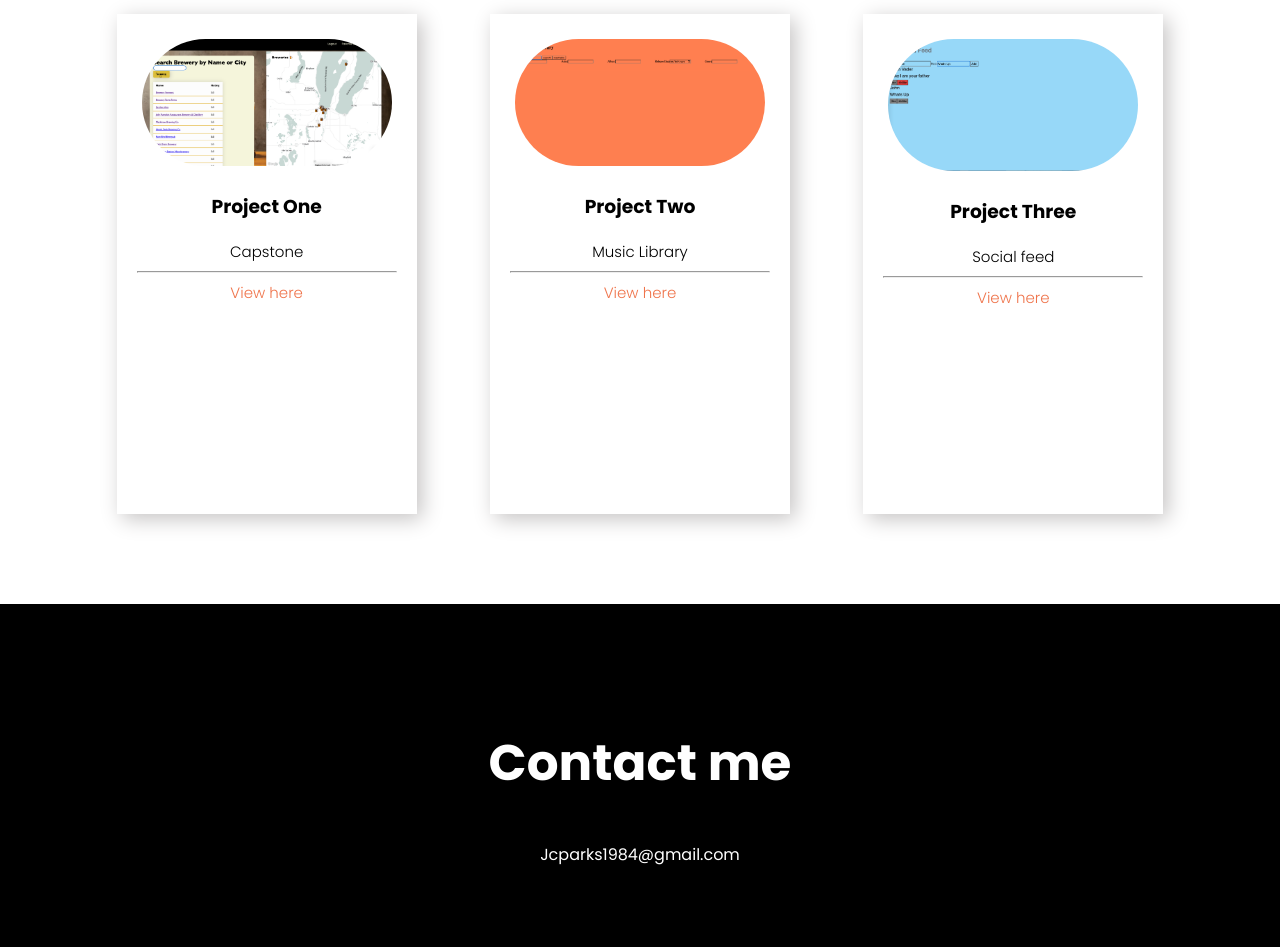
Repository: Jcparks84/Portfolio
Page: index.html
These files come from the project's save history. The page is drawn as it stood at one moment and after the next save; the edit follows.
The browser window is 1280 px wide. The pictures show the part of the page from y = 1452 to 2404 px (the page is 2399 px tall before and 2404 px after).
A picture or video elsewhere on the page could not be fetched, so the positions and the page height are approximate. Some web libraries are served in a nearby version.

Above is the page before, as saved 2022-08-10 17:20:23.

### index.html
<!DOCTYPE html>
<html>
  <head>
    <link rel="stylesheet" href="src/styles.css" />
    <link rel="preconnect" href="https://fonts.gstatic.com">
    <link rel="preconnect" href="https://fonts.gstatic.com">
    <link href="https://fonts.googleapis.com/css2?family=Poppins:wght@300;400;600;700;800&display=swap" rel="stylesheet">
    <script src="https://kit.fontawesome.com/761e4c8e5c.js" crossorigin="anonymous"></script>
    <title>Portfolio</title>
    <meta charset="UTF-8" />
  </head>
  <body>
      <section class="hero">
          <nav>
            <img class="logo" src="src/images/coding-png-11.png" alt="John's Logo"/>
            <ul id="nav-list">
                  <li><a href="#about-me">About me</a></li>
                  <li><a href="#projects">Projects</a></li>
                  <li><a href="#contact-me">Contact</a></li>
              </ul>
              <button class="hamburger" id="hamburger">
                  <i class="fas fa-bars"></i>
              </button>
          </nav>
          <div class="hero-area">
            <div class="hero-text">
                <h1>John Parks</h1>
                <p>Full Stack Developer</p>
                <div class="button"><a href="#about-me">About me</a></div>
            </div>
            <div class="socials">
                <!-- lnkedin -->
                <a href="https://www.linkedin.com/in/jcparks84/" class="social">
                    <svg xmlns="http://www.w3.org/2000/svg" fill="#ffffff" width="50" height="50" viewBox="0 0 24 24"><path d="M19 0h-14c-2.761 0-5 2.239-5 5v14c0 2.761 2.239 5 5 5h14c2.762 0 5-2.239 5-5v-14c0-2.761-2.238-5-5-5zm-11 19h-3v-11h3v11zm-1.5-12.268c-.966 0-1.75-.79-1.75-1.764s.784-1.764 1.75-1.764 1.75.79 1.75 1.764-.783 1.764-1.75 1.764zm13.5 12.268h-3v-5.604c0-3.368-4-3.113-4 0v5.604h-3v-11h3v1.765c1.396-2.586 7-2.777 7 2.476v6.759z"/></svg>
                </a>
                <!-- Github -->
                <a href="https://github.com/Jcparks84" class="social">
                    <svg xmlns="http://www.w3.org/2000/svg" fill="#ffffff" width="50" height="50" viewBox="0 0 24 24"><path d="M12 0c-6.626 0-12 5.373-12 12 0 5.302 3.438 9.8 8.207 11.387.599.111.793-.261.793-.577v-2.234c-3.338.726-4.033-1.416-4.033-1.416-.546-1.387-1.333-1.756-1.333-1.756-1.089-.745.083-.729.083-.729 1.205.084 1.839 1.237 1.839 1.237 1.07 1.834 2.807 1.304 3.492.997.107-.775.418-1.305.762-1.604-2.665-.305-5.467-1.334-5.467-5.931 0-1.311.469-2.381 1.236-3.221-.124-.303-.535-1.524.117-3.176 0 0 1.008-.322 3.301 1.23.957-.266 1.983-.399 3.003-.404 1.02.005 2.047.138 3.006.404 2.291-1.552 3.297-1.23 3.297-1.23.653 1.653.242 2.874.118 3.176.77.84 1.235 1.911 1.235 3.221 0 4.609-2.807 5.624-5.479 5.921.43.372.823 1.102.823 2.222v3.293c0 .319.192.694.801.576 4.765-1.589 8.199-6.086 8.199-11.386 0-6.627-5.373-12-12-12z"/></svg>
                </a>
            </div>
            </div>
          </div>
      </section>
      <section class="sub-section" id="about-me">
          <div class="information">
              <h2>About Me</h2>
              <p>Hello my name is John Parks.  I am a Marine Corp veteran and recent graduate of devCodeCamp.
                I have discovered that I have passion for coding and I am excited to continue this journey!</p>
          </div>
          <div class="headshot-container">
            <img class="headshot" src="/Users/johnparks/Desktop/Screenshot at Jun 02 09-36-04.png" alt="John Parks headshot">
        </div>
      </section>
      <section class="sub-section-alternative" id="projects">
          <h2>Projects</h2>
          <div class="project-container">
              <div class="project-card">
                  <img class="project-image" src="/Users/johnparks/Desktop/random code/Portfolio/src/images/Capstone copy.png" alt="Project One Image"/>
                  <h3>Project One</h3>
                  <p class="subtext">Capstone</p>
                  <hr/>
                  <p class="subtext"><a class="project-link" href="https://github.com/Jcparks84/Capstone">View here</a></p>
              </div>
              <div class="project-card">
                <img class="project-image" src="/Users/johnparks/Desktop/random code/Portfolio/src/images/music_library.png" alt="Project One Image"/>
                <h3>Project Two</h3>
                <p class="subtext">Music Library</p>
                <hr/>
                <p class="subtext"><a class="project-link" href="https://github.com/Jcparks84/music_library">View here</a></p>
              </div>
              <div class="project-card">
                <img class="project-image" src="/Users/johnparks/Desktop/random code/Portfolio/src/images/social_feed.png" alt="Project One Image"/>
                <h3>Project Three</h3>
                <p class="subtext">Social feed</p>
                <hr/>
                <p class="subtext"><a class="project-link" href="https://github.com/Jcparks84/social_feed">View here</a></p>
              </div>
          </div>
      </section>
      <footer id="contact-me">
          <h2>Contact me</h2>
          <a class="mail" href = "mailto: abc@example.com">Jcparks1984@gmail.com</a>
            </footer>
    <script src="src/app.js"></script>
  </body>
</html>

### src/styles.css
body {
    font-family: 'Poppins', sans-serif;
    margin: 0;
}

section {
    background-color: white;
}

.hero {
    background-color: #1c1d25;
    height: 100vh;
    color: white;
    font-size: 40px;
}

footer {
    background-color: black;
    color: white;
    text-align: center;
    padding: 80px;
}

nav {
    display: flex;
    justify-content: space-between;
}

ul {
    display: flex;
    list-style-type: none;
    width: 500px;
    justify-content: space-around;
    font-size: 30px;
}

li {
    text-decoration: none;
}

h1 {
    font-size: 90px;
    margin: 0;
}

h2 {
    font-size: 50px;
}

p {
    margin: 0;
    font-size: 30px;
    font-weight: 300;
}

.subtext {
    font-size: 15px;
    font-weight: 300;
}

.hero-area {
    display: flex;
    height: 100%;
    justify-content: space-between;
    align-items: center;
}

.hero-text {
    margin-left: 80px;
    margin-bottom: 200px;
}

.button {
    width: 200px;
    height: 55px;
    border-radius: 30px;
    background-color: coral;
    text-align: center;
    font-size: 30px;
    font-weight: 300;
    padding-top: 5px;
    margin-top: 20px;
}

.button:hover {
    background-color: #ef744b;
}

.button:active {
    background-color: #A9A9A9;
    color: #808080;
}

.socials {
    padding-bottom: 200px;
}

.logo {
    height: 80px;
    margin: 30px;
}
.social {
    margin: 20px;
}

.sub-section {
    display: flex;
    justify-content: space-around;
    padding: 80px;
}

.sub-section-alternative {
    display: flex;
    flex-direction: column;
    text-align: center;
    padding: 80px;
}

.headshot {
    width: 300px;
    border-radius: 150px;
    margin-left: 80px;
}

.headshot-container {
    display: flex;
    align-items: center;
}

.project-card {
    width: 300px;
    height: 500px;
    box-shadow: 5px 5px 20px rgb(197, 195, 195);
    margin: 10px;
}

.project-container {
    display: flex;
    justify-content: space-around;
}

@media only screen and (max-width: 1000px) {
    .project-container {
        display: flex;
        flex-wrap: wrap;
    }
}

.project-image {
    margin-top: 25px;
    width: 250px;
    border-radius: 125px;
}

hr {
    margin-left: 20px;
    margin-right: 20px;
}

.project-link {
    text-decoration: none;
    color: #ef744b;
}

a {
    text-decoration: none;
    color: white;
}

.hamburger {
    display: none;
}

.hamburger:focus{
    outline: 0;
}

.mail {
    font-size: ;
}


@media only screen and (max-width: 1000px) {
    .hamburger {
        display: block;
        border: 0;
        background-color: transparent;
        color: white;
        font-size: 30px;
        margin: 20px;
        align-self: flex-end;
    }

    ul {
        display: none;
        background-color: #2b2c38;
        margin: 0ppx;
    }

    ul.show {
        display: block;
    }

    nav {
        display: flex;
        flex-direction: column-reverse;
        background-color: #2b2c38;
    }

    .logo {
        display: none;
    }
}

Loaded but not shown: src/app.js (common file)

After the next save:
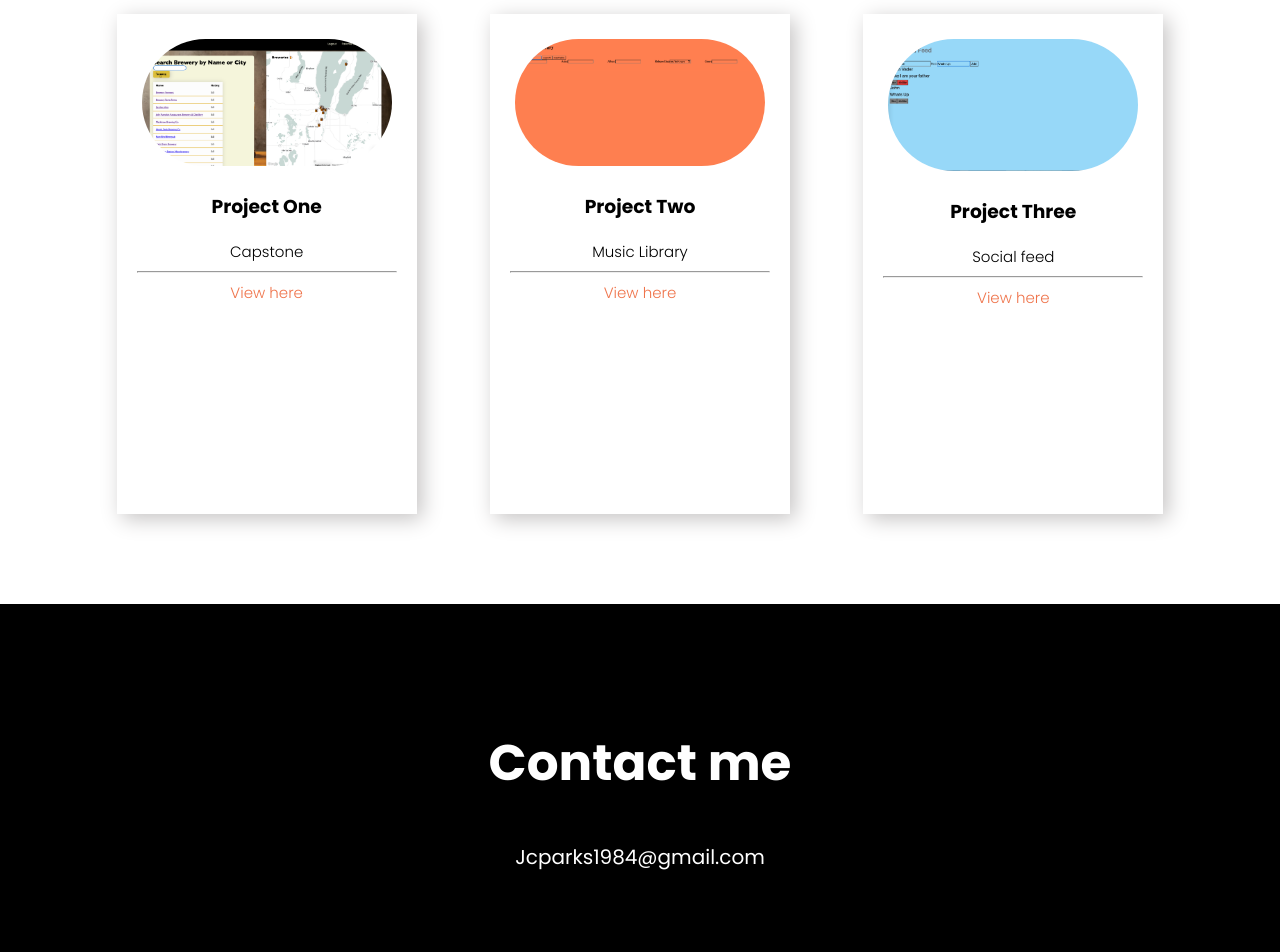
Saved 7 s later.
--- a/src/styles.css
+++ b/src/styles.css
@@ -176,7 +176,7 @@ a {
 }
 
 .mail {
-    font-size: ;
+    font-size: 20px;
 }
 
 
